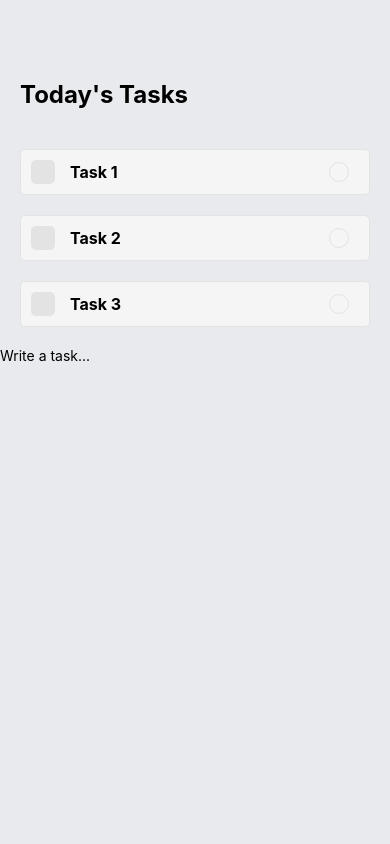
Repository: lomelo-x/ToDo-App
Screen: /
An editor plug-in stored every save of this project. The screen is shown before and after a run of saves, followed by the edit.
The app was drawn by React Native's web renderer in a window 390 px wide. The project was rebuilt for these pictures with package versions that can differ from the ones it lists, and the page was loaded fresh each time.

Above is the screen before, as saved 2022-06-17 21:04:29.

### App.js
import { StatusBar } from 'expo-status-bar';
import { StyleSheet, Text, View, KeyboardAvoidingView, Platform, TextInput } from 'react-native';
import { TouchableOpacity } from 'react-native-web';
import Task from './components/Task';

export default function App() {
	return (
		<View style={styles.container}>
			<View style={styles.todoContainer}>
				<Text style={styles.sectionTitle}>Today's Tasks</Text>
				<View style={styles.itemsContainer}>
					<Task text={'Task 1'} />
					<Task text={'Task 2'}/>
					<Task text={'Task 3'}/>
				</View>
			</View>
			<KeyboardAvoidingView
			behavior={Platform.OS === 'ios' ? 'padding' : "height" }
			style={styles.writeTaskContainer}>
				<TextInput style={styles.writeTaskInput} placeholder="Write a task..." />
				<TouchableOpacity>

				</TouchableOpacity>
			</KeyboardAvoidingView>
		</View>
	);
}

const styles = StyleSheet.create({
	container: {
		flex: 1,
		backgroundColor: '#E8EAED',
	},
	todoContainer: {
		paddingTop: 80,
		paddingHorizontal: 20,
	},
	sectionTitle: {
		fontSize: 24,
		fontWeight: 'bold',
		marginBottom: 20,
	},
	itemsContainer: {
		marginTop: 20,
	},
});

### components/Task.js
import React from 'react';
import { View, Text, StyleSheet, TouchableOpacity } from 'react-native';

const Task = ({ text }) => {
	return (
		<View style={styles.taskContainer}>
			<View style={styles.taskLeft}>
				<TouchableOpacity style={styles.square}></TouchableOpacity>
				<Text style={styles.taskText}>{text}</Text>
			</View>
			<View style={styles.taskRight}></View>
		</View>
	);
};

const styles = StyleSheet.create({
	taskContainer: {
		backgroundColor: '#f5f5f5',
		padding: 10,
		marginBottom: 10,
		borderRadius: 5,
		borderWidth: 1,
		borderColor: '#e3e3e3',
		flexDirection: 'row',
		alignItems: 'center',
		justifyContent: 'space-between',
		marginBottom: 20,
	},
	taskText: {
		fontSize: 16,
		fontWeight: 'bold',
	},
	taskLeft: {
		flexDirection: 'row',
		alignItems: 'center',
		flexWrap: 'wrap',
		maxWidth: '80%',
	},
	taskRight: {
		width: 20,
		height: 20,
		borderRadius: 50,
		borderColor: '#e3e3e3',
		borderWidth: 1,
		marginRight: 10,
	},
	square: {
		width: 24,
		height: 24,
		backgroundColor: '#e3e3e3',
		borderRadius: 5,
		marginRight: 15,
	},
});

export default Task;

After the next 6 saves:
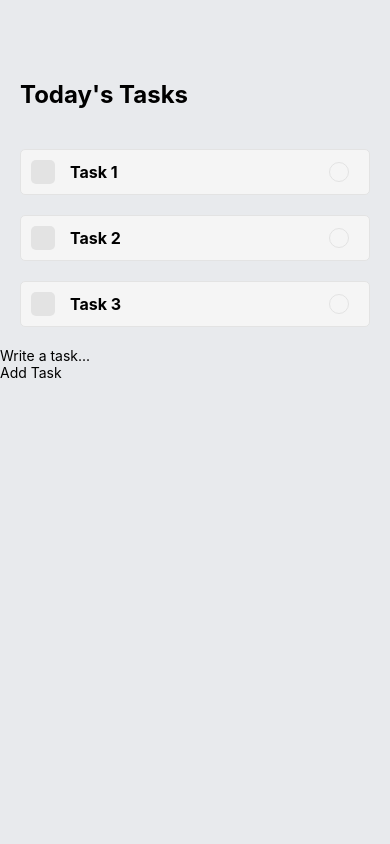
The 6 saves are shown as one change because 2 did not build or start and some came seconds apart.
The last was saved 31 s later.
--- a/App.js
+++ b/App.js
@@ -19,7 +19,9 @@ export default function App() {
 			style={styles.writeTaskContainer}>
 				<TextInput style={styles.writeTaskInput} placeholder="Write a task..." />
 				<TouchableOpacity>
-
+					<View style={styles.addTaskButton}>
+						<Text style={styles.addTaskButtonText}>Add Task</Text>
+					</View>
 				</TouchableOpacity>
 			</KeyboardAvoidingView>
 		</View>
